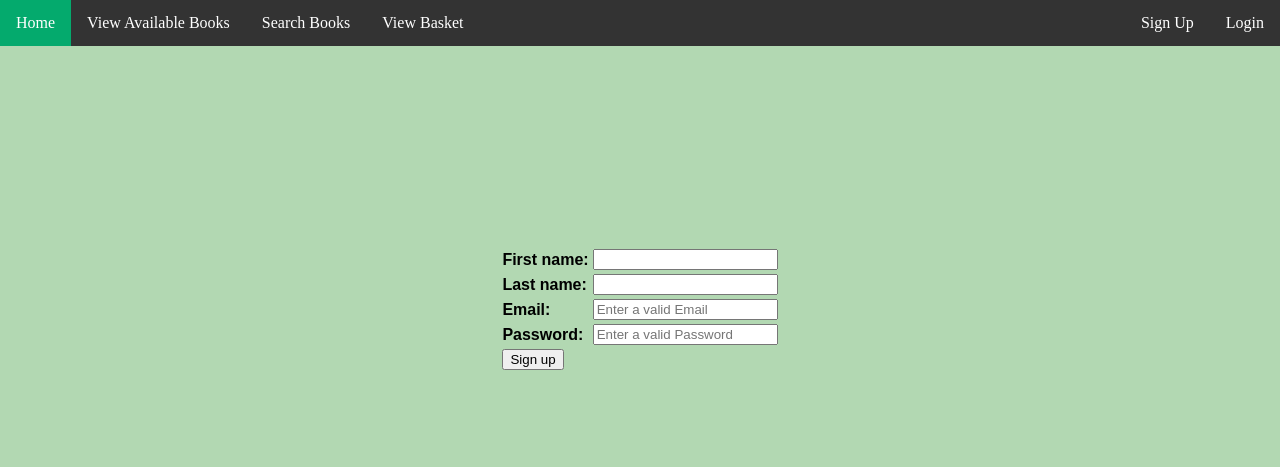
Repository: sach7691/original-book-store
Page: http://localhost/online-book-store-application/
An editor plug-in stored every save of this project. The page is shown before and after the next save, followed by the edit.
The browser window is 1280 px wide. The pictures show the whole page.
The page is served by Tomcat 9.

Above is the page before, as saved 2022-08-25 16:23:03.

After the next save:
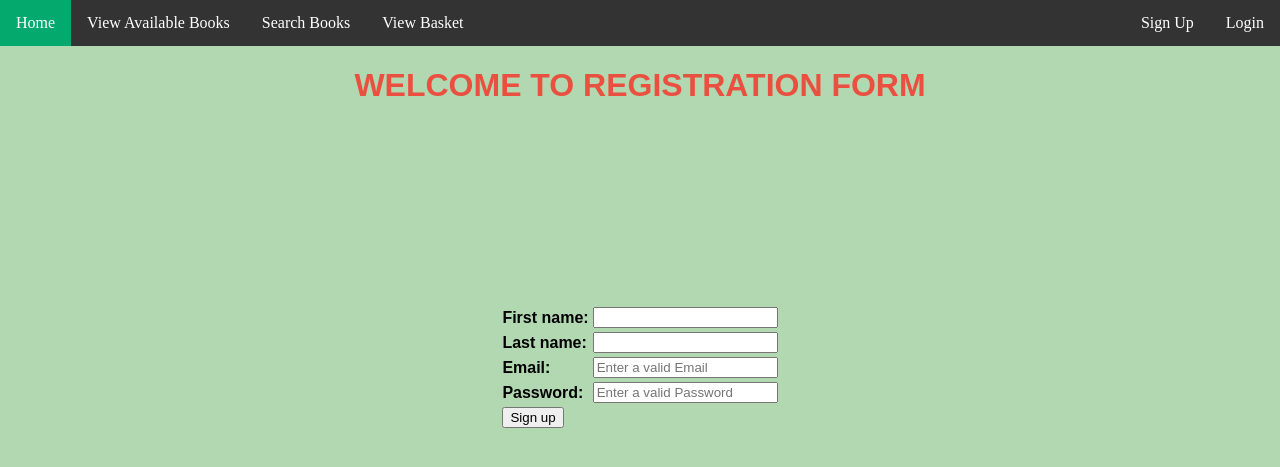
Saved 60 s later.
--- a/online-book-store-application/src/main/webapp/index.jsp
+++ b/online-book-store-application/src/main/webapp/index.jsp
@@ -69,6 +69,8 @@ ul.topnav li.right {float: right;}
 </ul>
 </div>
 
+<div class="letter"><h1>WELCOME TO REGISTRATION FORM</h1></div>
+
 	<form action="http://localhost:8080/online-book-store-application/CustomerRegistrationServlet" method="POST">
 		<table class ="center" style ="margin-top:200px">
 		<tr>
